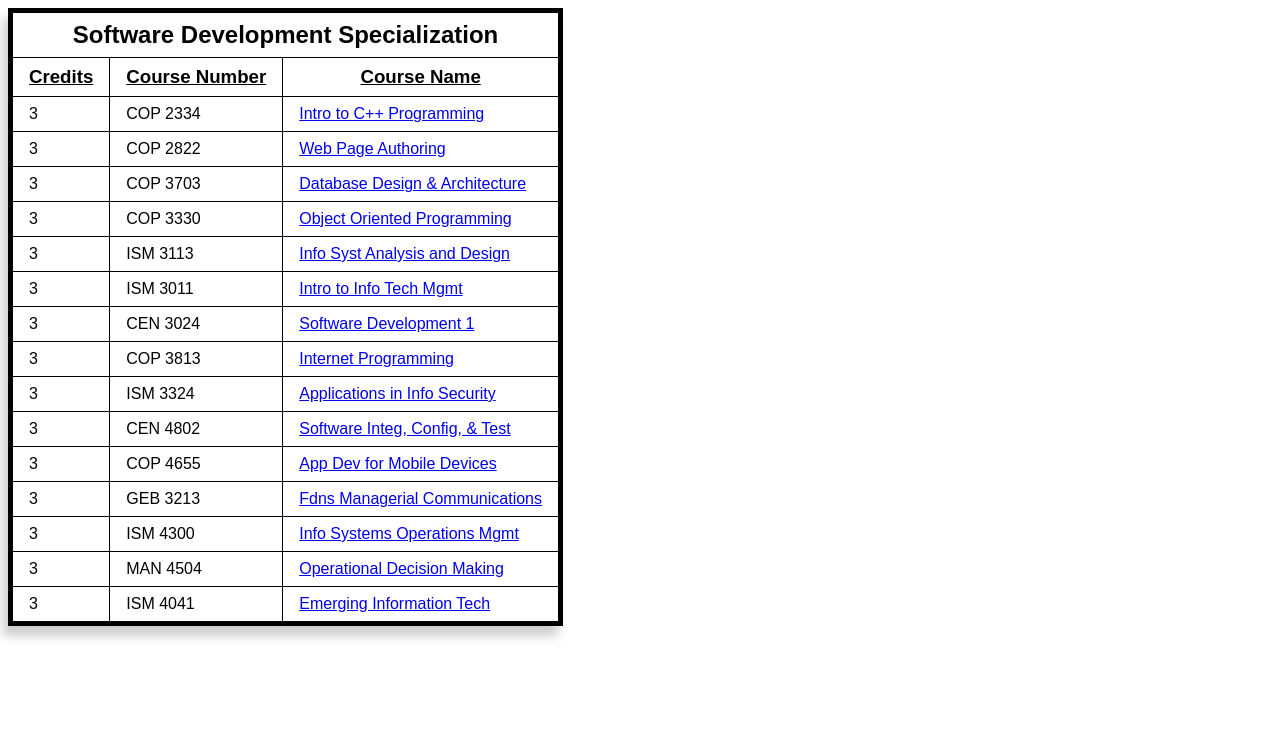
Repository: mlmEFSC21/P5-DegreeTableStyling
Page: FormattedProgramSpecialization2.html
These files come from the project's save history. The page is drawn as it stood at one moment and after the next save; the edit follows.
The browser window is 1280 px wide. The pictures show the whole page.
Some web fonts or font styles are not loaded; a fallback is used.

Above is the page before, as saved 2022-02-07 16:24:09.

### FormattedProgramSpecialization2.html
<!DOCTYPE html>
<html lang="en">
    <head>
        <meta charset="UTF-8" />
        <meta http-equiv="X-UA-Compatible" content="IE=edge" />
        <meta name="viewport" content="width=device-width, initial-scale=1.0" />
        <link rel="preconnect" href="https://fonts.googleapis.com" />
        <link rel="preconnect" href="https://fonts.gstatic.com" crossorigin />
        <link
            href="https://fonts.googleapis.com/css2?family=Spectral:wght@300&display=swap"
            rel="stylesheet"
        />
        <style>
                        }
            *,
            *::before,
            *::after {
                margin: 0;
                padding: 0;
                box-sizing: border-box;
            }
                        body {
                            font-family: Spectral, sans-serif;
                            height: 100vh;
                        }
                        table {
                            border-collapse: collapse;
                            box-shadow: -5px 10px 10px rgba(0, 0, 0, 0.2);
                            border: 5px solid black;
                            padding: 0.25rem;
                        }
                        /* centered text of first to rows (table header) */
                        thead {
                            text-align: center;
                        }
                        /* used two classes to change the sizes, decorations, etc. */
                        .tableTitle {
                            font-size: 18pt;
                            font-weight: bold;
                            text-align: center;
                        }
                        .colTitles {
                            font-size: 14pt;
                            text-decoration: underline;
                        }
                        th {
                            border: 1px solid black;
                            padding: 0.5rem 1rem;
                        }
                        /* added the font size and text alignment for the row data here */
                        td {
                            border: 1px solid black;
                            padding: 0.5rem 1rem;
                            font-size: 12pt;
                            text-align: left;
                        }
        </style>
        <title>Degree Specialization Table</title>
    </head>
    <body>
        <table>
            <thead>
                <tr class="tableTitle">
                    <th colspan="3">Software Development Specialization</th>
                </tr>
                <tr class="colTitles">
                    <th>Credits</th>
                    <th>Course Number</th>
                    <th>Course Name</th>
                </tr>
            </thead>
            <tbody>
                <tr>
                    <td>3</td>
                    <td>COP 2334</td>
                    <td>
                        <a
                            href="https://bannerweb.easternflorida.edu/prod/bwckctlg.p_disp_course_detail?cat_term_in=202210&subj_code_in=COP&crse_numb_in=2334"
                            >Intro to C++ Programming</a
                        >
                    </td>
                </tr>
                <tr>
                    <td>3</td>
                    <td>COP 2822</td>
                    <td>
                        <a
                            href="https://bannerweb.easternflorida.edu/prod/bwckctlg.p_disp_course_detail?cat_term_in=202210&subj_code_in=COP&crse_numb_in=2822"
                            >Web Page Authoring</a
                        >
                    </td>
                </tr>
                <tr>
                    <td>3</td>
                    <td>COP 3703</td>
                    <td>
                        <a
                            href="https://bannerweb.easternflorida.edu/prod/bwckctlg.p_disp_course_detail?cat_term_in=202210&subj_code_in=COP&crse_numb_in=3703"
                            >Database Design & Architecture</a
                        >
                    </td>
                </tr>
                <tr>
                    <td>3</td>
                    <td>COP 3330</td>
                    <td>
                        <a
                            href="https://bannerweb.easternflorida.edu/prod/bwckctlg.p_disp_course_detail?cat_term_in=202210&subj_code_in=COP&crse_numb_in=3330"
                            >Object Oriented Programming</a
                        >
                    </td>
                </tr>
                <tr>
                    <td>3</td>
                    <td>ISM 3113</td>
                    <td>
                        <a
                            href="https://bannerweb.easternflorida.edu/prod/bwckctlg.p_disp_course_detail?cat_term_in=202210&subj_code_in=ISM&crse_numb_in=3113"
                            >Info Syst Analysis and Design</a
                        >
                    </td>
                </tr>
                <tr>
                    <td>3</td>
                    <td>ISM 3011</td>
                    <td>
                        <a
                            href="https://bannerweb.easternflorida.edu/prod/bwckctlg.p_disp_course_detail?cat_term_in=202210&subj_code_in=ISM&crse_numb_in=3011"
                            >Intro to Info Tech Mgmt</a
                        >
                    </td>
                </tr>
                <tr>
                    <td>3</td>
                    <td>CEN 3024</td>
                    <td>
                        <a
                            href="https://bannerweb.easternflorida.edu/prod/bwckctlg.p_disp_course_detail?cat_term_in=202210&subj_code_in=CEN&crse_numb_in=3024"
                            >Software Development 1</a
                        >
                    </td>
                </tr>
                <tr>
                    <td>3</td>
                    <td>COP 3813</td>
                    <td>
                        <a
                            href="https://bannerweb.easternflorida.edu/prod/bwckctlg.p_disp_course_detail?cat_term_in=202210&subj_code_in=COP&crse_numb_in=3813"
                            >Internet Programming</a
                        >
                    </td>
                </tr>
                <tr>
                    <td>3</td>
                    <td>ISM 3324</td>
                    <td>
                        <a
                            href="https://bannerweb.easternflorida.edu/prod/bwckctlg.p_disp_course_detail?cat_term_in=202210&subj_code_in=ISM&crse_numb_in=3324"
                            >Applications in Info Security</a
                        >
                    </td>
                </tr>
                <tr>
                    <td>3</td>
                    <td>CEN 4802</td>
                    <td>
                        <a
                            href="https://bannerweb.easternflorida.edu/prod/bwckctlg.p_disp_course_detail?cat_term_in=202210&subj_code_in=CEN&crse_numb_in=4802"
                            >Software Integ, Config, & Test</a
                        >
                    </td>
                </tr>
                <tr>
                    <td>3</td>
                    <td>COP 4655</td>
                    <td>
                        <a
                            href="https://bannerweb.easternflorida.edu/prod/bwckctlg.p_disp_course_detail?cat_term_in=202210&subj_code_in=COP&crse_numb_in=4655"
                            >App Dev for Mobile Devices</a
                        >
                    </td>
                </tr>
                <tr>
                    <td>3</td>
                    <td>GEB 3213</td>
                    <td>
                        <a
                            href="https://bannerweb.easternflorida.edu/prod/bwckctlg.p_disp_course_detail?cat_term_in=202210&subj_code_in=GEB&crse_numb_in=3213"
                            >Fdns Managerial Communications</a
                        >
                    </td>
                </tr>
                <tr>
                    <td>3</td>
                    <td>ISM 4300</td>
                    <td>
                        <a
                            href="https://bannerweb.easternflorida.edu/prod/bwckctlg.p_disp_course_detail?cat_term_in=202210&subj_code_in=ISM&crse_numb_in=4300"
                            >Info Systems Operations Mgmt</a
                        >
                    </td>
                </tr>
                <tr>
                    <td>3</td>
                    <td>MAN 4504</td>
                    <td>
                        <a
                            href="https://bannerweb.easternflorida.edu/prod/bwckctlg.p_disp_course_detail?cat_term_in=202210&subj_code_in=MAN&crse_numb_in=4504"
                            >Operational Decision Making</a
                        >
                    </td>
                </tr>
                <tr>
                    <td>3</td>
                    <td>ISM 4041</td>
                    <td>
                        <a
                            href="https://bannerweb.easternflorida.edu/prod/bwckctlg.p_disp_course_detail?cat_term_in=202210&subj_code_in=ISM&crse_numb_in=4041"
                            >Emerging Information Tech</a
                        >
                    </td>
                </tr>
            </tbody>
        </table>
    </body>
</html>

After the next save:
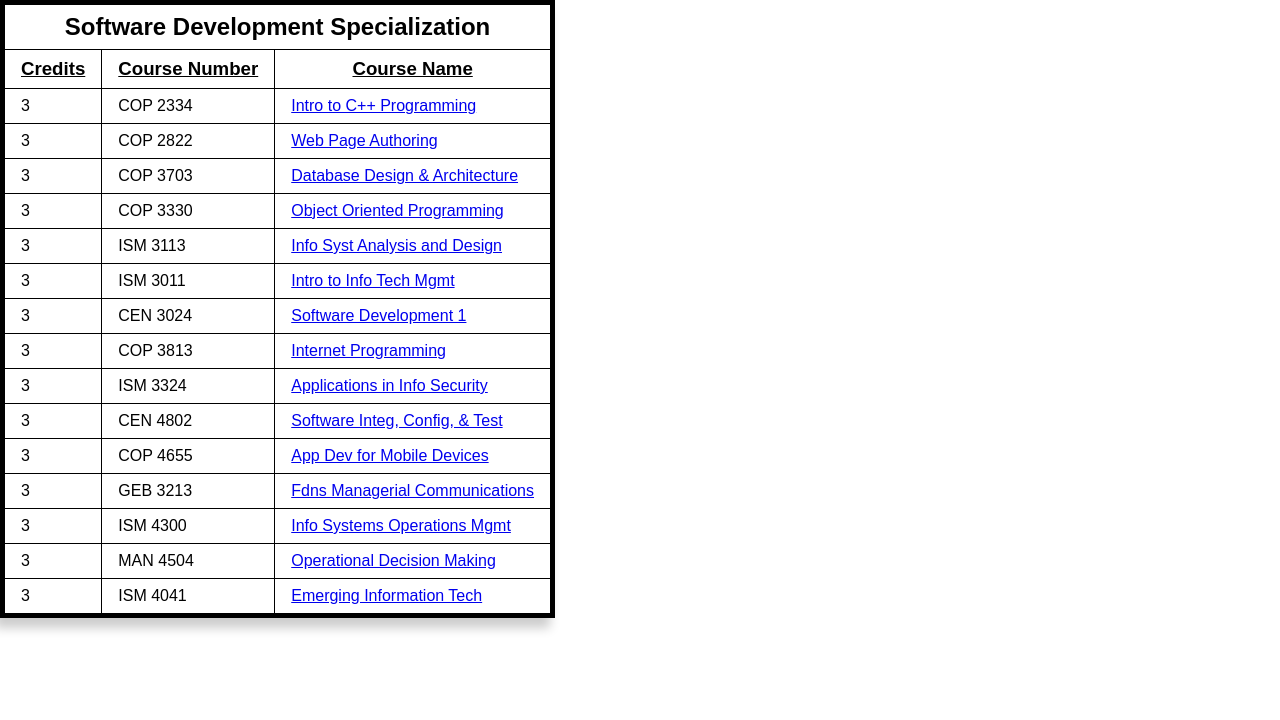
Saved 65 s later.
--- a/FormattedProgramSpecialization2.html
+++ b/FormattedProgramSpecialization2.html
@@ -11,7 +11,6 @@
             rel="stylesheet"
         />
         <style>
-                        }
             *,
             *::before,
             *::after {
@@ -19,41 +18,41 @@
                 padding: 0;
                 box-sizing: border-box;
             }
-                        body {
-                            font-family: Spectral, sans-serif;
-                            height: 100vh;
-                        }
-                        table {
-                            border-collapse: collapse;
-                            box-shadow: -5px 10px 10px rgba(0, 0, 0, 0.2);
-                            border: 5px solid black;
-                            padding: 0.25rem;
-                        }
-                        /* centered text of first to rows (table header) */
-                        thead {
-                            text-align: center;
-                        }
-                        /* used two classes to change the sizes, decorations, etc. */
-                        .tableTitle {
-                            font-size: 18pt;
-                            font-weight: bold;
-                            text-align: center;
-                        }
-                        .colTitles {
-                            font-size: 14pt;
-                            text-decoration: underline;
-                        }
-                        th {
-                            border: 1px solid black;
-                            padding: 0.5rem 1rem;
-                        }
-                        /* added the font size and text alignment for the row data here */
-                        td {
-                            border: 1px solid black;
-                            padding: 0.5rem 1rem;
-                            font-size: 12pt;
-                            text-align: left;
-                        }
+            body {
+                font-family: Spectral, sans-serif;
+                height: 100vh;
+            }
+            table {
+                border-collapse: collapse;
+                box-shadow: -5px 10px 10px rgba(0, 0, 0, 0.2);
+                border: 5px solid black;
+                padding: 0.25rem;
+            }
+            /* centered text of first to rows (table header) */
+            thead {
+                text-align: center;
+            }
+            /* used two classes to change the sizes, decorations, etc. */
+            .tableTitle {
+                font-size: 18pt;
+                font-weight: bold;
+                text-align: center;
+            }
+            .colTitles {
+                font-size: 14pt;
+                text-decoration: underline;
+            }
+            th {
+                border: 1px solid black;
+                padding: 0.5rem 1rem;
+            }
+            /* added the font size and text alignment for the row data here */
+            td {
+                border: 1px solid black;
+                padding: 0.5rem 1rem;
+                font-size: 12pt;
+                text-align: left;
+            }
         </style>
         <title>Degree Specialization Table</title>
     </head>
